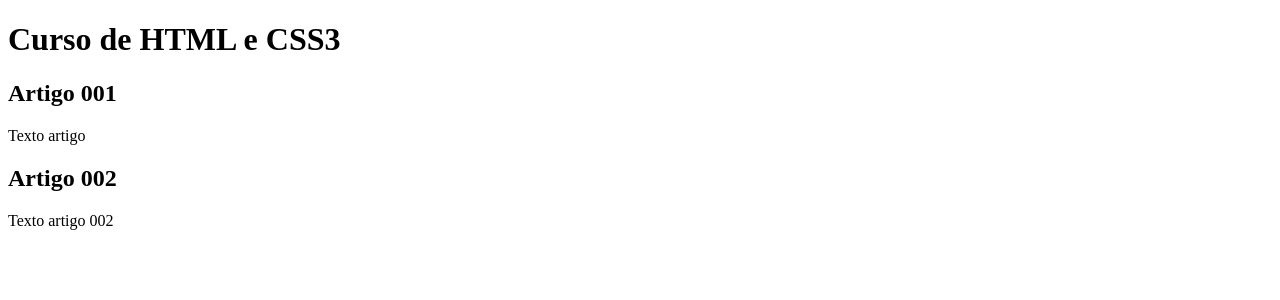
Repository: robertacristinaabreu01/projeto-siteGitHub
Page: index.html
An editor plug-in stored every save of this project. The page is shown before and after the next save, followed by the edit.
The browser window is 1280 px wide. The pictures show the whole page.

Above is the page before, as saved 2021-01-23 21:38:52.

After the next save:
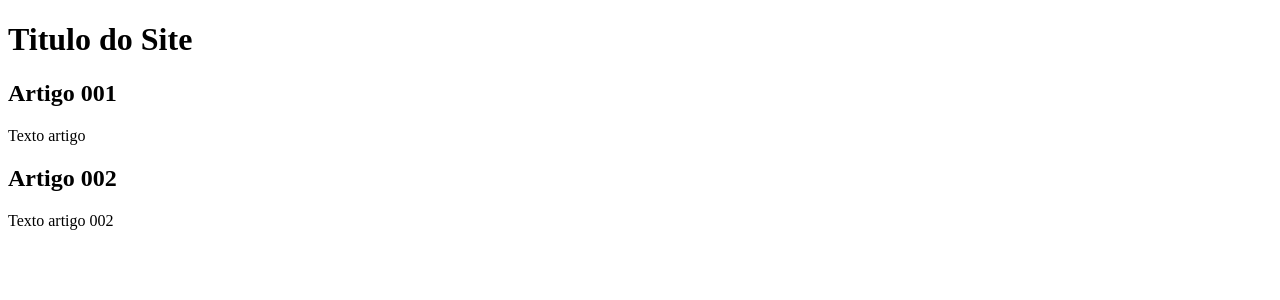
Saved 33 s later.
--- a/index.html
+++ b/index.html
@@ -4,13 +4,13 @@
 <head>
     <meta charset="UTF-8">
     <meta name="viewport" content="width=device-width, initial-scale=1.0">
-    <title>Curso Gratis</title>
+    <title>Titulo do Site</title>
 </head>
 
 <body>
     <main>
         <header>
-            <h1>Curso de HTML e CSS3</h1>
+            <h1>Titulo do Site</h1>
         </header>
         <article>
             <h1>Artigo 001</h1>
